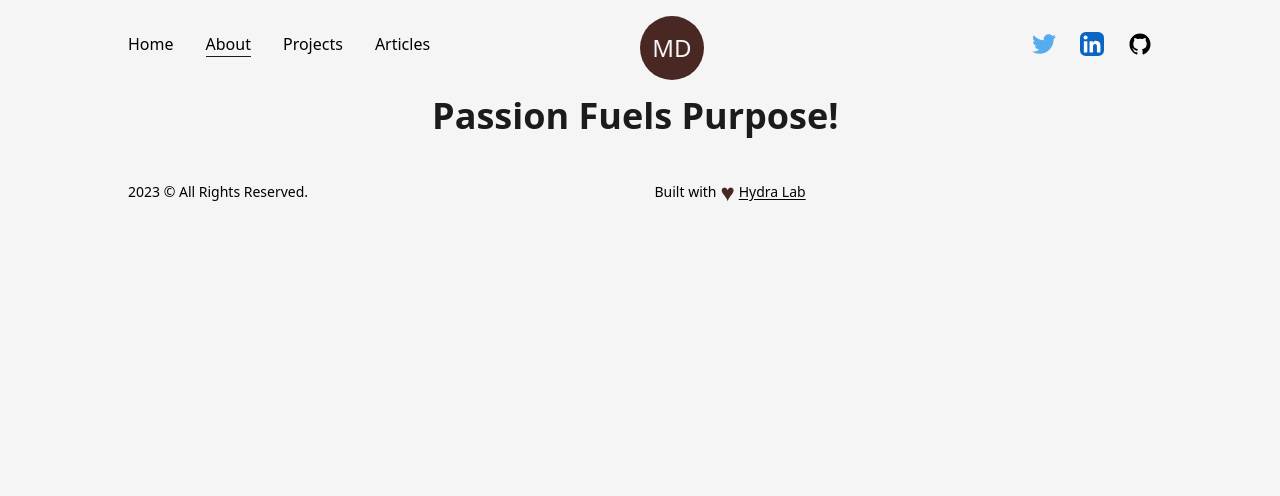
Repository: marcusdashe/situs
Page: /about
An editor plug-in stored every save of this project. The page is shown before and after the next save, followed by the edit.
The browser window is 1280 px wide. The pictures show the whole page.
The project was rebuilt for these pictures with package versions that can differ from the ones it lists, and the page was loaded fresh each time. The framework's server and built-in components were replaced by stand-ins that run in the browser.

Above is the page before, as saved 2023-06-29 13:26:57.

### src/pages/_app.js
import Footer from "@/components/Footer";
import Navbar from "@/components/Navbar";
import "@/styles/globals.css";
import Head from "next/head";
// import { IBM_Plex_Sans } from "next/font/google";

// const ibm = IBM_Plex_Sans({
//   subsets: ["latin"],
//   variable: "--font-mont",
// });

export default function App({ Component, pageProps }) {
  return (
    <>
      <Head>
        <meta name="viewport" content="width=device-width, initial-scale=1" />
        <link rel="icon" href="/favicon.ico" />
      </Head>
      <main className={`  bg-light w-full min-h-screen`}>
        <Navbar />
        <Component {...pageProps} />
        <Footer />
      </main>
    </>
  );
}

### src/pages/about.js
import AnimatedText from "@/components/AnimatedText";
import Head from "next/head";
import React from "react";

const About = () => {
  return (
    <>
      <Head>
        <title> Marcus Dashe | About Page</title>
        <meta name="description" content="About Marcus Dashe" />
      </Head>

      <main className="flex w-full flex-col items-center justify-center">
        <AnimatedText text="Passion Fuels Purpose!" />
      </main>
    </>
  );
};

export default About;

### src/components/Footer.jsx
import React from "react";
import Layout from "./Layout";
import Link from "next/link";

const Footer = () => {
  return (
    <footer className="w-full border-t-1 border-solid border-primaryDark font-medium text-sm ">
      <Layout className="py-8 flex items-center justify-between">
        <span>{new Date().getFullYear()} &copy; All Rights Reserved.</span>
        <div className="flex items-center">
          Built with{" "}
          <span className="text-primaryDark text-2xl px-1">&hearts;</span>
          <Link href="/" className="underline underline-offset-2">
            Hydra Lab
          </Link>
        </div>
        <Link href="/"></Link>
      </Layout>
    </footer>
  );
};

export default Footer;

### src/components/Navbar.jsx
import React from "react";
import { useRouter } from "next/router";
import Link from "next/link";
import Logo from "./Logo";
import { TwitterIcon, GithubIcon, LinkedInIcon } from "./Icons";
import { motion } from "framer-motion";

const CustomLink = ({ href, title, className = "" }) => {
  const router = useRouter();

  return (
    <Link href={href} className={`${className} relative group`}>
      {title}
      <span
        className={`h-[1px] inline-block bg-dark absolute left-0 -bottom-0.5 group-hover:w-full transition-[width] ease duration-300 ${
          router.asPath === href ? "w-full" : "w-0"
        }`}
      >
        &nbsp;
      </span>
    </Link>
  );
};

const Navbar = () => {
  return (
    <header
      className="w-full px-32 py-8 font-medium
            flex items-center justify-between"
    >
      <nav>
        <CustomLink href="/" title="Home" className="mr-4" />
        <CustomLink href="/about" title="About" className="mx-4" />
        <CustomLink href="/projects" title="Projects" className="mx-4" />
        <CustomLink href="/articles" title="Articles" className="ml-4" />
      </nav>

      <nav className="flex items-center justify-center flex-wrap">
        <motion.a
          href="https://www.twitter.com/marcusdashe"
          target={"_blank"}
          whileHover={{
            y: -2,
          }}
          whileTap={{ scale: 0.9 }}
          className="w-6 mx-3"
        >
          <TwitterIcon className="" />
        </motion.a>
        <motion.a
          href="https://www.linkedin.com/in/marcus-dashe-15a088202"
          target={"_blank"}
          whileHover={{
            y: -2,
          }}
          whileTap={{ scale: 0.9 }}
          className="w-6 mx-3"
        >
          <LinkedInIcon />
        </motion.a>
        <motion.a
          href="https://www.github.com/marcusdashe"
          target={"_blank"}
          whileHover={{
            y: -2,
          }}
          whileTap={{ scale: 0.9 }}
          className="w-6 ml-3"
        >
          <GithubIcon />
        </motion.a>
      </nav>
      <div className="absolute left-[50%] top-2 translate-x-[-50]">
        <Logo />
      </div>
    </header>
  );
};

export default Navbar;

### src/styles/globals.css
@import url("https://fonts.googleapis.com/css2?family=IBM+Plex+Sans:ital,wght@0,100;0,200;0,300;1,100;1,200&family=Inter:wght@300;400;500;600;700;800;900&display=swap");

@tailwind base;
@tailwind components;
@tailwind utilities;

### src/components/AnimatedText.jsx
import React from "react";
import { motion } from "framer-motion";

const quote = {
  initial: {
    opacity: 1,
  },
  animate: {
    opacity: 1,
    transition: {
      delay: 0.5,
      staggerChildren: 0.08,
    },
  },
};

const singleWord = {
  initial: {
    opacity: 0,
    y: 50,
  },
  animate: {
    opacity: 1,
    y: 0,
    transition: {
      duration: 1,
    },
  },
};

const AnimatedText = ({ text, className = "" }) => {
  return (
    <div className="w-full mx-auto py-2 flex items-center justify-center text-center overflow-hidden ">
      <motion.h1
        className={`inline-block w-full text-dark font-bold capitalize text-4xl ${className}`}
        variants={quote}
        initial="initial"
        animate="animate"
      >
        {text.split(" ").map((word, index) => (
          <motion.span
            key={index}
            className="inline-block"
            variants={singleWord}
          >
            {word}&nbsp;
          </motion.span>
        ))}
      </motion.h1>
    </div>
  );
};

export default AnimatedText;

### src/components/Layout.jsx
import React from "react";

const Layout = ({ children, className = "" }) => {
  return (
    <div className={`${className} w-full inline-block z-0 bg-light p-32`}>
      {children}
    </div>
  );
};

export default Layout;

### src/components/Logo.jsx
"use client";

import React from "react";
import Link from "next/link";
import { motion } from "framer-motion";

const MotionLink = motion(Link);

const Logo = () => {
  return (
    <div className="flex items-center justify-center mt-2">
      <MotionLink
        href="/"
        className="w-16 h-16 bg-primaryDark text-light flex items-center
        justify-center rounded-full text-2xl  hover
      "
        whileHover={{
          scale: 1.5,
          backgroundColor: [
            "#121212",
            "rgba(131,58,180,1)",
            "rgba(253,29,29,1)",
            "rgba(252,176,69,1)",
            "rgba(131,58,180,1)",
            "#121212",
          ],
          transition: {
            duration: 1,
            repeat: Infinity,
          },
        }}
      >
        MD
      </MotionLink>
    </div>
  );
};

export default Logo;

Loaded but not shown: tailwind.config.js (30 lines, source omitted); src/components/Icons.jsx (474 lines, source omitted)

After the next save:
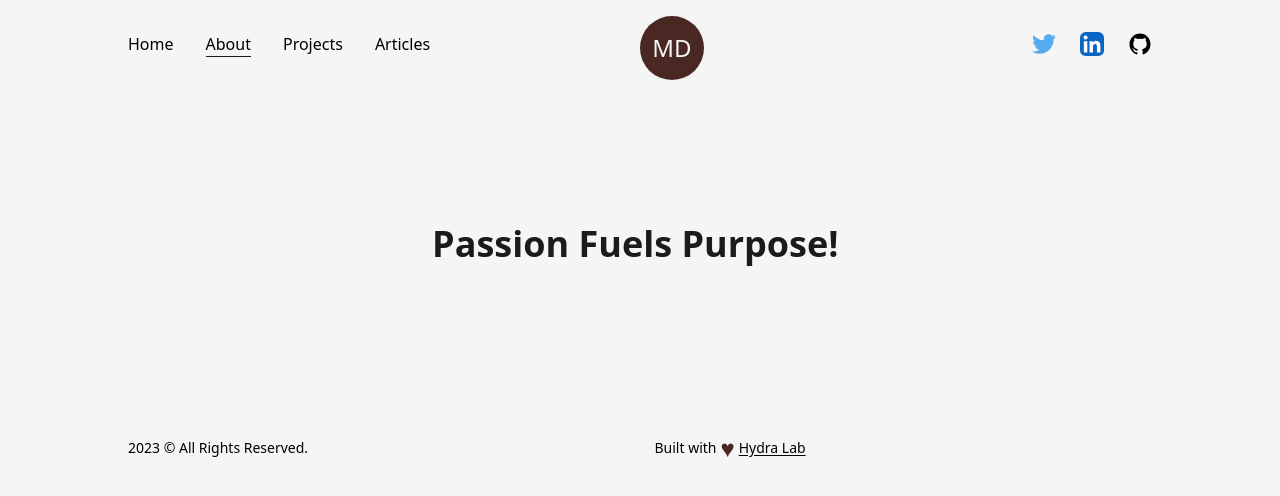
Saved 52 s later.
--- a/src/pages/about.js
+++ b/src/pages/about.js
@@ -1,4 +1,5 @@
 import AnimatedText from "@/components/AnimatedText";
+import Layout from "@/components/Layout";
 import Head from "next/head";
 import React from "react";
 
@@ -11,7 +12,9 @@ const About = () => {
       </Head>
 
       <main className="flex w-full flex-col items-center justify-center">
-        <AnimatedText text="Passion Fuels Purpose!" />
+        <Layout>
+          <AnimatedText text="Passion Fuels Purpose!" />
+        </Layout>
       </main>
     </>
   );
